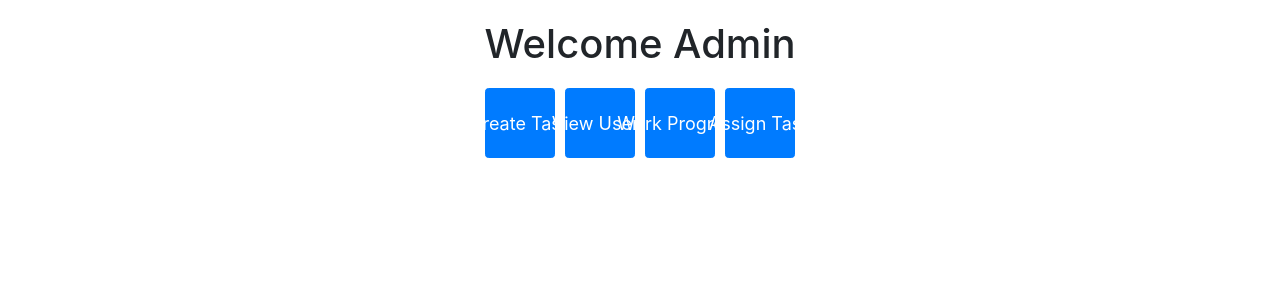
Repository: neha-rouniyar/taskmgmt
Page: http://localhost/admin-dashboard
The author's editor kept a copy of each file at every save. The page is drawn from the files as they stood at one save, then again after the next save.
The browser window is 1280 px wide. The pictures show the whole page.
Some web libraries are served in a nearby version. The page is served by the project's Laravel application, run on PHP 8.4 with Laravel 10.

Above is the page before, as saved 2023-12-15 23:57:10.

After the next save:
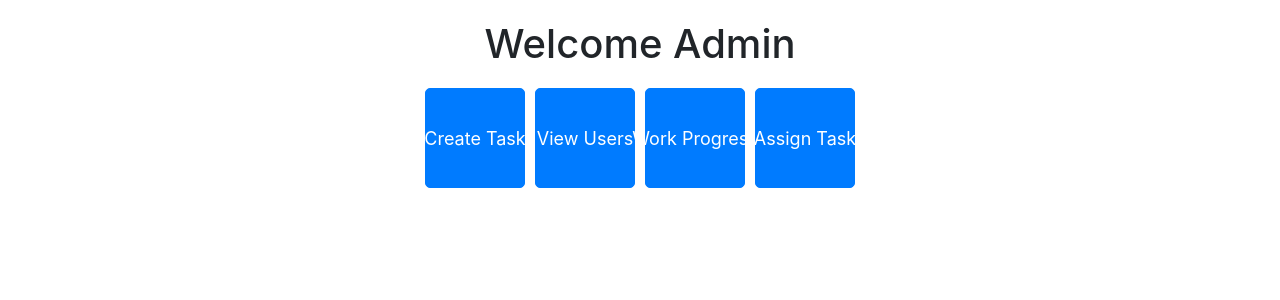
Saved 4 s later.
--- a/resources/views/admin/dashboard.blade.php
+++ b/resources/views/admin/dashboard.blade.php
@@ -28,8 +28,8 @@
         }
 
         .btn {
-            width: 70px;
-            height: 70px;
+            width: 100px;
+            height: 100px;
             border: 1px solid #007bff;
             background-color: #007bff;
             color: #fff;
